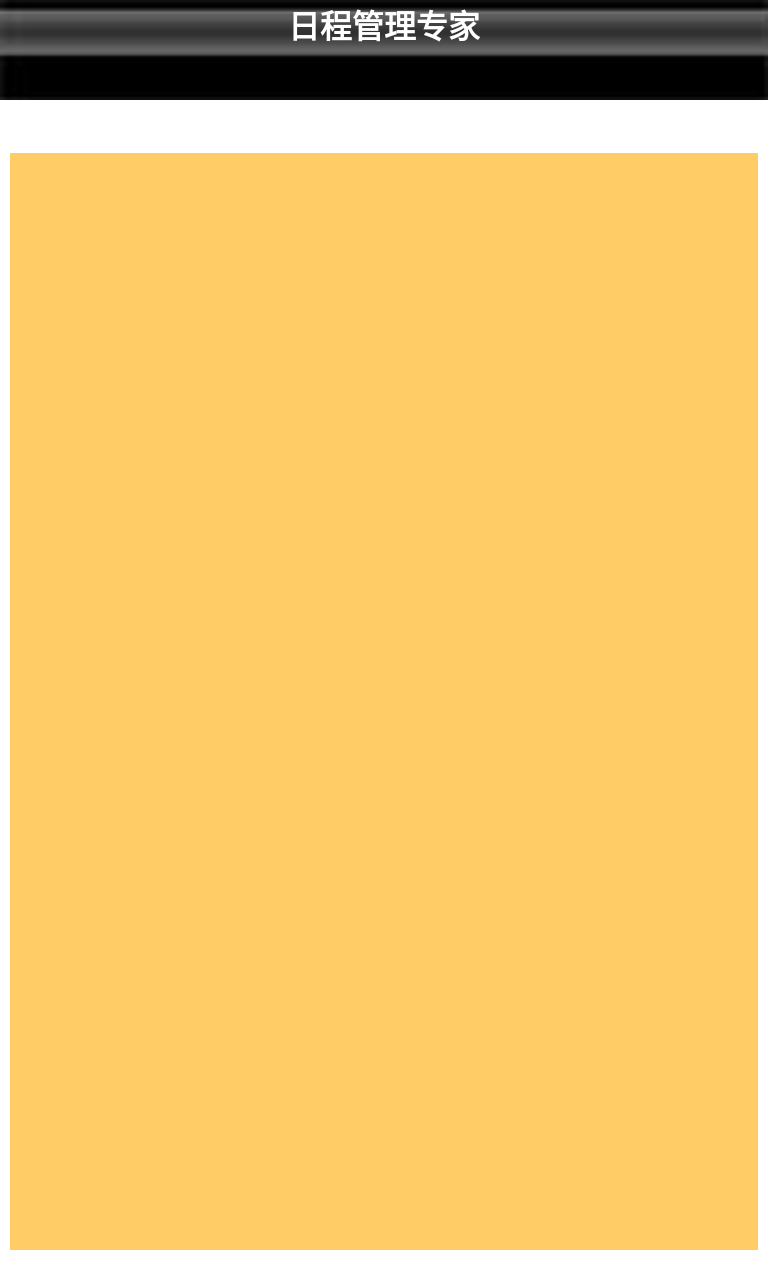
Repository: gogolaile/CoolWeather
Layout: DayDel/res/layout/add.xml
An editor plug-in stored every save of this project. The layout is shown before and after the next save, followed by the edit.
It is drawn on a 768 x 1280 px phone screen (xhdpi) without system bars, with theme android:Theme.NoTitleBar.Fullscreen; the app's code is not run. Lists and similar views that code fills are empty.

Above is the layout before, as saved 2015-12-05 09:12:50.

### DayDel/res/layout/add.xml
<LinearLayout xmlns:android="http://schemas.android.com/apk/res/android"
    android:layout_width="match_parent"
    android:layout_height="match_parent"
    android:background="#FFFF"
    android:orientation="vertical">

    <FrameLayout
        android:layout_width="match_parent"
        android:layout_height="50dp"
        android:background="@drawable/title">
    <TextView
        android:layout_width="wrap_content"
        android:layout_height="wrap_content"
        android:text="@string/day_manager"
        android:textSize="16sp"
        android:textColor="#FFFF"
        android:textStyle="bold"
        android:layout_gravity="center_horizontal"
        />
     </FrameLayout>
    <TextView
        android:layout_width="wrap_content"
        android:layout_height="wrap_content"
        android:text="@string/daytype_manage"
        android:textSize="18sp"
        android:textColor="#FFFF"
        android:textStyle="bold"/>
     <ListView
             android:layout_width="match_parent"
             android:layout_height="match_parent"
             android:background="#FFCC66"
             android:layout_marginLeft="5dp"
             android:layout_marginRight="5dp"
             android:layout_marginBottom="15dp">
     </ListView>
</LinearLayout>

### DayDel/res/values/strings.xml
<?xml version="1.0" encoding="utf-8"?>
<resources>

    <string name="app_name">DayDel</string>
    <string name="hello_world">Hello world!</string>
    <string name="action_settings">Settings</string>
    <string name="day_manager">日程管理专家</string>
    <string name="duty">已有日程</string>
    <string name="type">类型</string>
    <string name="theme">主题</string>
    <string name="remark">备注</string>
    <string name="add">添加</string>
    <string name="comeback">返回上一页</string>
    <string name="add_new_type">添加新类型</string>
    <string name="type_manager">类型管理</string>
    <string name="existing_type">已有类型</string>
    <string name="complete">完成</string>
    <string name="cancel">取消</string>
    <string name="set_the_alarm">设置闹钟</string>
    <string name="set_the_time">设置日期和时间</string>
    <string name="edit">更改</string>
    <string name="search">搜索</string>
    <string name="search_result">查找结果</string>
    <string name="limited_date_range">限定日期范围</string>
    <string name="conditions_search">按条件搜索</string>
    <string name="search_from">从指定类型中搜索</string>
    <string name="choose_all_type">选定以上所有类型</string>
    <string name="metting">会议</string>
    <string name="memo">备忘</string>
    <string name="date">约会</string>
    <string name="backlog">待办</string>
    <string name="date_changed">修改日程</string>
    <string name="date_build">新建日程</string>
    <string name="day">日期:2011/06/19</string>
    <string name="time">时间:08:00</string>
    <string name="alarm">闹钟:无闹钟</string>
    <string name="daytype_manage">日程类型管理</string>
</resources>

After the next save:
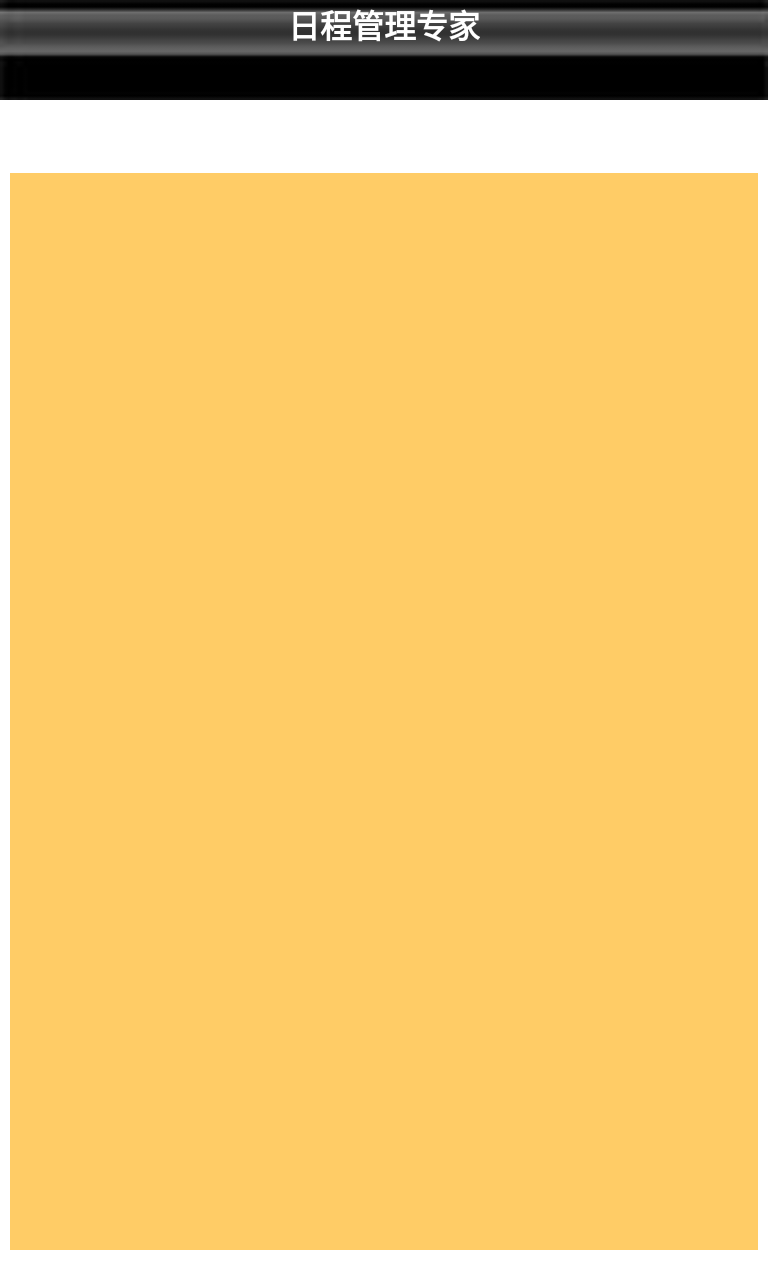
Saved 14 s later.
--- a/DayDel/res/layout/add.xml
+++ b/DayDel/res/layout/add.xml
@@ -24,7 +24,8 @@
         android:text="@string/daytype_manage"
         android:textSize="18sp"
         android:textColor="#FFFF"
-        android:textStyle="bold"/>
+        android:textStyle="bold"
+        android:layout_margin="5dp"/>
      <ListView
              android:layout_width="match_parent"
              android:layout_height="match_parent"
